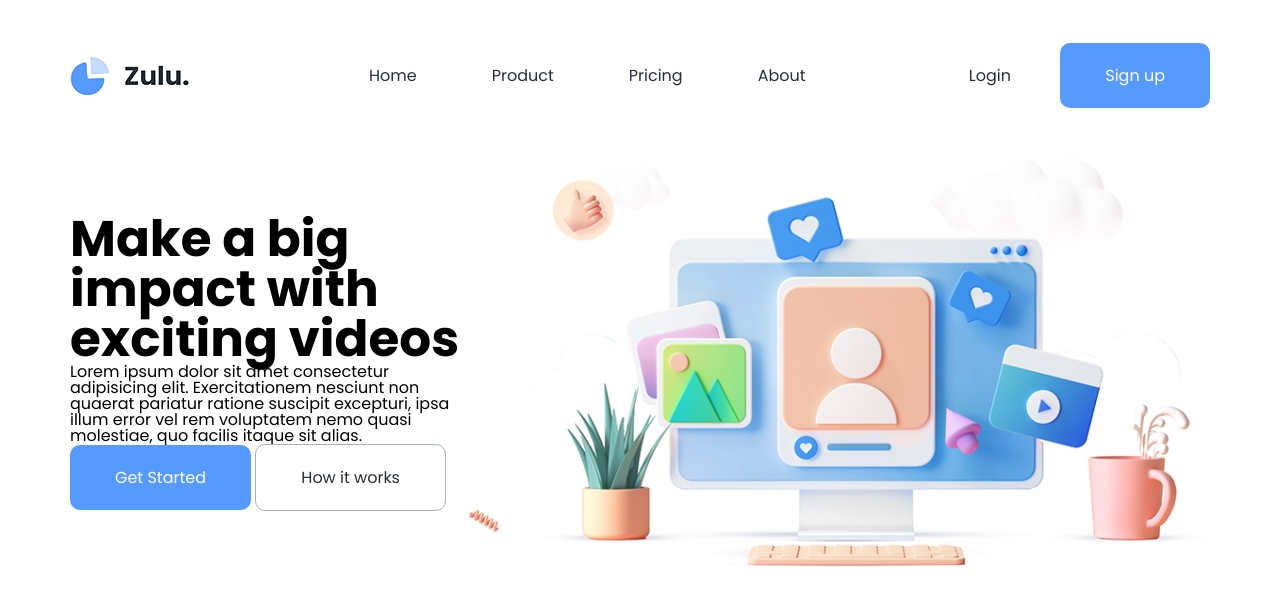
Repository: baodien1405/zulu-landing-page
Page: index.html
An editor plug-in stored every save of this project. The page is shown before and after the next save, followed by the edit.
The browser window is 1280 px wide. The pictures show the whole page.
The style sheet was rebuilt from its Sass, Less or Tailwind sources for each picture, by a compiler version that may differ from the author's.

Above is the page before, as saved 2021-06-22 15:48:51.

After the next save:
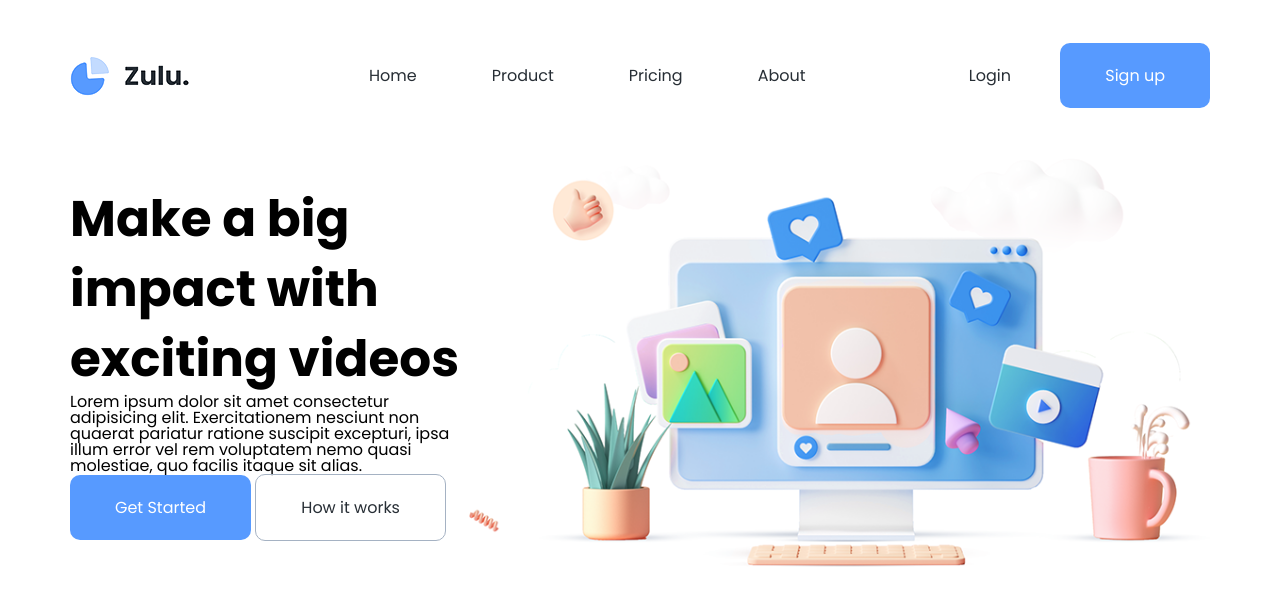
Saved 7 s later.
--- a/_banner.scss
+++ b/_banner.scss
@@ -13,5 +13,6 @@
 
   &-heading {
     font-size: 50px;
+    line-height: 1.4;
   }
 }
